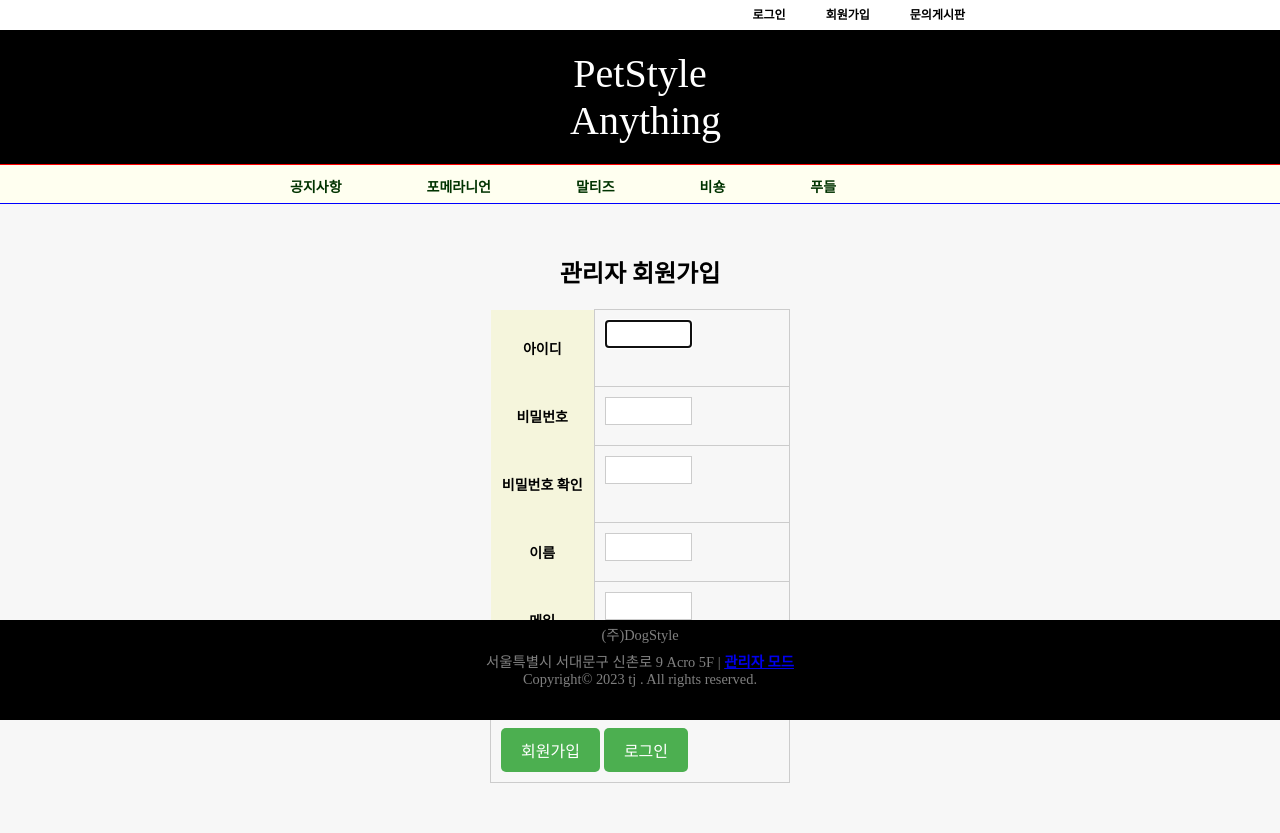
Repository: kdkk2000/Project
Page: http://localhost/petstyle/admin/adminJoin.jsp
An editor plug-in stored every save of this project. The page is shown before and after the next save, followed by the edit.
The browser window is 1280 px wide. The pictures show the whole page.
The page is served by Tomcat 9. The template is opened directly, without the code that normally fills it, so the values that code supplies are empty.

Above is the page before, as saved 2023-03-29 06:26:41.

After the next save:
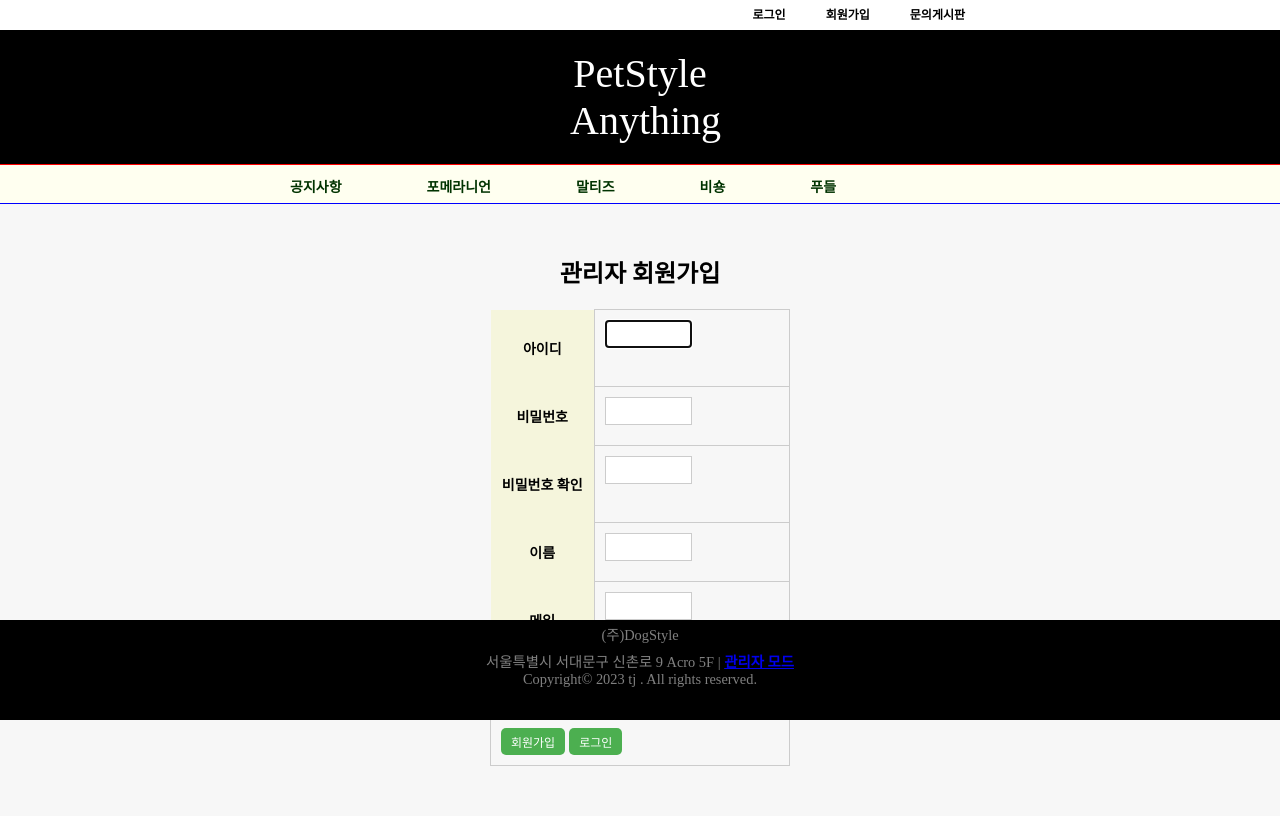
Saved 12 s later.
--- a/petstyle/WebContent/css/loginJoin.css
+++ b/petstyle/WebContent/css/loginJoin.css
@@ -70,8 +70,8 @@ textarea {
   border-radius: 5px;
   color: #fff;
   cursor: pointer;
-  padding: 10px 20px;
-  font-size: 16px;
+  padding: 5px 10px;
+  font-size: 12px;
 }
 
 .btn:hover {
